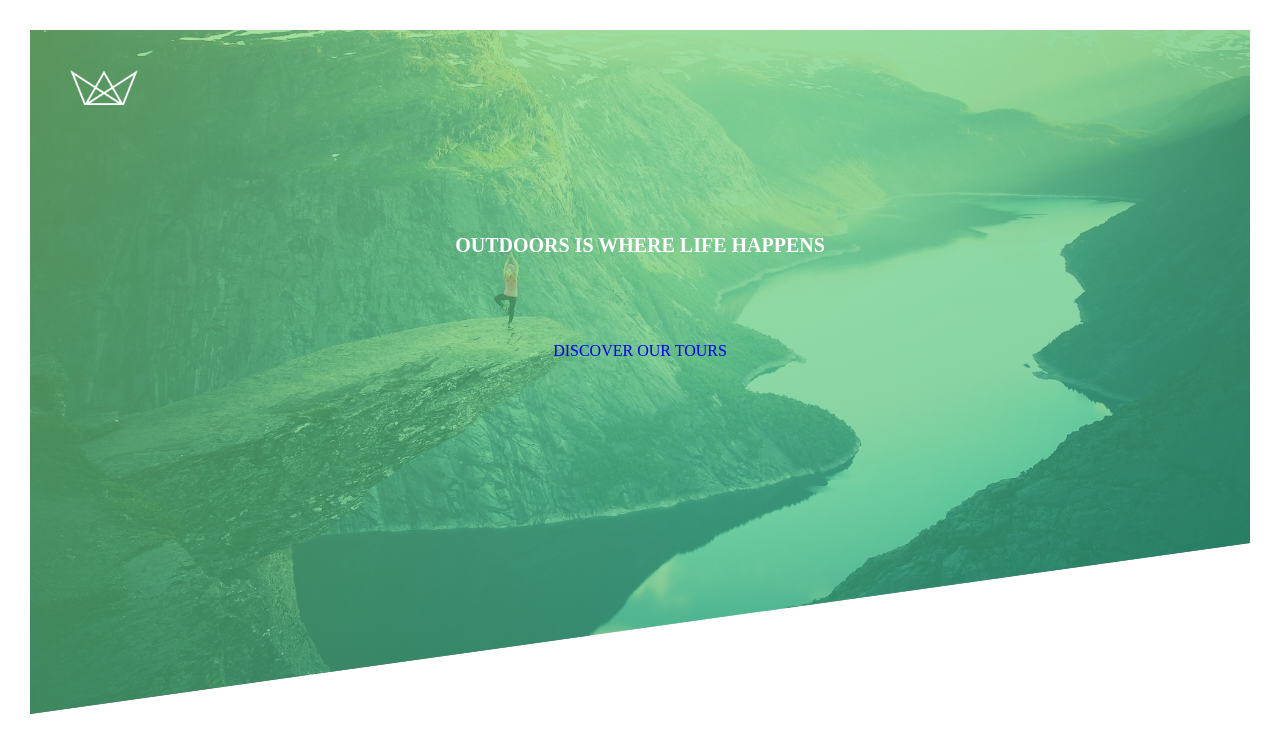
Repository: mohamediyas/cssFloat
Page: index.html
An editor plug-in stored every save of this project. The page is shown before and after the next save, followed by the edit.
The browser window is 1280 px wide. The pictures show the whole page.

Above is the page before, as saved 2022-06-21 13:36:24.

### index.html
<!DOCTYPE html>
<html lang="en">
  <head>
    <meta charset="UTF-8" />
    <meta name="viewport" content="width=device-width, initial-scale=1.0" />

    <link
      href="https://fonts.googleapis.com/css?family=Lato:100,300,400,700,900"
      rel="stylesheet"
    />

    <link rel="stylesheet" href="css/icon-font.css" />
    <link rel="stylesheet" href="css/style.css" />
    <link rel="shortcut icon" type="image/png" href="img/favicon.png" />

    <title>Natours | Exciting tours for adventurous people</title>
  </head>
  <body>
    <!-- header -->
    <header class="header">
      <div class="header__logo-box">
        <img src="img/logo-white.png" alt="logo" class="header__logo" />
      </div>

      <div class="header__text-box">
        <h1 class="heading-primary">
          <span class="heading-primary--main">Outdoors</span>
          <span class="heading-primary--sub">is where life happens</span>
        </h1>

        <a href="#" class="btn btn--white btn--animated">Discover our tours</a>
      </div>
    </header>
  </body>
</html>

### css/icon-font.css
@charset "UTF-8";

@font-face {
  font-family: "linea-basic-10";
  src:url("fonts/linea-basic-10.eot");
  src:url("fonts/linea-basic-10.eot?#iefix") format("embedded-opentype"),
    url("fonts/linea-basic-10.woff") format("woff"),
    url("fonts/linea-basic-10.ttf") format("truetype"),
    url("fonts/linea-basic-10.svg#linea-basic-10") format("svg");
  font-weight: normal;
  font-style: normal;

}

[data-icon]:before {
  font-family: "linea-basic-10" !important;
  content: attr(data-icon);
  font-style: normal !important;
  font-weight: normal !important;
  font-variant: normal !important;
  text-transform: none !important;
  speak: none;
  line-height: 1;
  -webkit-font-smoothing: antialiased;
  -moz-osx-font-smoothing: grayscale;
}

[class^="icon-"]:before,
[class*=" icon-"]:before {
  font-family: "linea-basic-10" !important;
  font-style: normal !important;
  font-weight: normal !important;
  font-variant: normal !important;
  text-transform: none !important;
  speak: none;
  line-height: 1;
  -webkit-font-smoothing: antialiased;
  -moz-osx-font-smoothing: grayscale;
}

.icon-basic-accelerator:before {
  content: "a";
}
.icon-basic-alarm:before {
  content: "b";
}
.icon-basic-anchor:before {
  content: "c";
}
.icon-basic-anticlockwise:before {
  content: "d";
}
.icon-basic-archive:before {
  content: "e";
}
.icon-basic-archive-full:before {
  content: "f";
}
.icon-basic-ban:before {
  content: "g";
}
.icon-basic-battery-charge:before {
  content: "h";
}
.icon-basic-battery-empty:before {
  content: "i";
}
.icon-basic-battery-full:before {
  content: "j";
}
.icon-basic-battery-half:before {
  content: "k";
}
.icon-basic-bolt:before {
  content: "l";
}
.icon-basic-book:before {
  content: "m";
}
.icon-basic-book-pen:before {
  content: "n";
}
.icon-basic-book-pencil:before {
  content: "o";
}
.icon-basic-bookmark:before {
  content: "p";
}
.icon-basic-calculator:before {
  content: "q";
}
.icon-basic-calendar:before {
  content: "r";
}
.icon-basic-cards-diamonds:before {
  content: "s";
}
.icon-basic-cards-hearts:before {
  content: "t";
}
.icon-basic-case:before {
  content: "u";
}
.icon-basic-chronometer:before {
  content: "v";
}
.icon-basic-clessidre:before {
  content: "w";
}
.icon-basic-clock:before {
  content: "x";
}
.icon-basic-clockwise:before {
  content: "y";
}
.icon-basic-cloud:before {
  content: "z";
}
.icon-basic-clubs:before {
  content: "A";
}
.icon-basic-compass:before {
  content: "B";
}
.icon-basic-cup:before {
  content: "C";
}
.icon-basic-diamonds:before {
  content: "D";
}
.icon-basic-display:before {
  content: "E";
}
.icon-basic-download:before {
  content: "F";
}
.icon-basic-exclamation:before {
  content: "G";
}
.icon-basic-eye:before {
  content: "H";
}
.icon-basic-eye-closed:before {
  content: "I";
}
.icon-basic-female:before {
  content: "J";
}
.icon-basic-flag1:before {
  content: "K";
}
.icon-basic-flag2:before {
  content: "L";
}
.icon-basic-floppydisk:before {
  content: "M";
}
.icon-basic-folder:before {
  content: "N";
}
.icon-basic-folder-multiple:before {
  content: "O";
}
.icon-basic-gear:before {
  content: "P";
}
.icon-basic-geolocalize-01:before {
  content: "Q";
}
.icon-basic-geolocalize-05:before {
  content: "R";
}
.icon-basic-globe:before {
  content: "S";
}
.icon-basic-gunsight:before {
  content: "T";
}
.icon-basic-hammer:before {
  content: "U";
}
.icon-basic-headset:before {
  content: "V";
}
.icon-basic-heart:before {
  content: "W";
}
.icon-basic-heart-broken:before {
  content: "X";
}
.icon-basic-helm:before {
  content: "Y";
}
.icon-basic-home:before {
  content: "Z";
}
.icon-basic-info:before {
  content: "0";
}
.icon-basic-ipod:before {
  content: "1";
}
.icon-basic-joypad:before {
  content: "2";
}
.icon-basic-key:before {
  content: "3";
}
.icon-basic-keyboard:before {
  content: "4";
}
.icon-basic-laptop:before {
  content: "5";
}
.icon-basic-life-buoy:before {
  content: "6";
}
.icon-basic-lightbulb:before {
  content: "7";
}
.icon-basic-link:before {
  content: "8";
}
.icon-basic-lock:before {
  content: "9";
}
.icon-basic-lock-open:before {
  content: "!";
}
.icon-basic-magic-mouse:before {
  content: "\"";
}
.icon-basic-magnifier:before {
  content: "#";
}
.icon-basic-magnifier-minus:before {
  content: "$";
}
.icon-basic-magnifier-plus:before {
  content: "%";
}
.icon-basic-mail:before {
  content: "&";
}
.icon-basic-mail-multiple:before {
  content: "'";
}
.icon-basic-mail-open:before {
  content: "(";
}
.icon-basic-mail-open-text:before {
  content: ")";
}
.icon-basic-male:before {
  content: "*";
}
.icon-basic-map:before {
  content: "+";
}
.icon-basic-message:before {
  content: ",";
}
.icon-basic-message-multiple:before {
  content: "-";
}
.icon-basic-message-txt:before {
  content: ".";
}
.icon-basic-mixer2:before {
  content: "/";
}
.icon-basic-mouse:before {
  content: ":";
}
.icon-basic-notebook:before {
  content: ";";
}
.icon-basic-notebook-pen:before {
  content: "<";
}
.icon-basic-notebook-pencil:before {
  content: "=";
}
.icon-basic-paperplane:before {
  content: ">";
}
.icon-basic-pencil-ruler:before {
  content: "?";
}
.icon-basic-pencil-ruler-pen:before {
  content: "@";
}
.icon-basic-photo:before {
  content: "[";
}
.icon-basic-picture:before {
  content: "]";
}
.icon-basic-picture-multiple:before {
  content: "^";
}
.icon-basic-pin1:before {
  content: "_";
}
.icon-basic-pin2:before {
  content: "`";
}
.icon-basic-postcard:before {
  content: "{";
}
.icon-basic-postcard-multiple:before {
  content: "|";
}
.icon-basic-printer:before {
  content: "}";
}
.icon-basic-question:before {
  content: "~";
}
.icon-basic-rss:before {
  content: "\\";
}
.icon-basic-server:before {
  content: "\e000";
}
.icon-basic-server2:before {
  content: "\e001";
}
.icon-basic-server-cloud:before {
  content: "\e002";
}
.icon-basic-server-download:before {
  content: "\e003";
}
.icon-basic-server-upload:before {
  content: "\e004";
}
.icon-basic-settings:before {
  content: "\e005";
}
.icon-basic-share:before {
  content: "\e006";
}
.icon-basic-sheet:before {
  content: "\e007";
}
.icon-basic-sheet-multiple:before {
  content: "\e008";
}
.icon-basic-sheet-pen:before {
  content: "\e009";
}
.icon-basic-sheet-pencil:before {
  content: "\e00a";
}
.icon-basic-sheet-txt:before {
  content: "\e00b";
}
.icon-basic-signs:before {
  content: "\e00c";
}
.icon-basic-smartphone:before {
  content: "\e00d";
}
.icon-basic-spades:before {
  content: "\e00e";
}
.icon-basic-spread:before {
  content: "\e00f";
}
.icon-basic-spread-bookmark:before {
  content: "\e010";
}
.icon-basic-spread-text:before {
  content: "\e011";
}
.icon-basic-spread-text-bookmark:before {
  content: "\e012";
}
.icon-basic-star:before {
  content: "\e013";
}
.icon-basic-tablet:before {
  content: "\e014";
}
.icon-basic-target:before {
  content: "\e015";
}
.icon-basic-todo:before {
  content: "\e016";
}
.icon-basic-todo-pen:before {
  content: "\e017";
}
.icon-basic-todo-pencil:before {
  content: "\e018";
}
.icon-basic-todo-txt:before {
  content: "\e019";
}
.icon-basic-todolist-pen:before {
  content: "\e01a";
}
.icon-basic-todolist-pencil:before {
  content: "\e01b";
}
.icon-basic-trashcan:before {
  content: "\e01c";
}
.icon-basic-trashcan-full:before {
  content: "\e01d";
}
.icon-basic-trashcan-refresh:before {
  content: "\e01e";
}
.icon-basic-trashcan-remove:before {
  content: "\e01f";
}
.icon-basic-upload:before {
  content: "\e020";
}
.icon-basic-usb:before {
  content: "\e021";
}
.icon-basic-video:before {
  content: "\e022";
}
.icon-basic-watch:before {
  content: "\e023";
}
.icon-basic-webpage:before {
  content: "\e024";
}
.icon-basic-webpage-img-txt:before {
  content: "\e025";
}
.icon-basic-webpage-multiple:before {
  content: "\e026";
}
.icon-basic-webpage-txt:before {
  content: "\e027";
}
.icon-basic-world:before {
  content: "\e028";
}

### css/style.css
/*
COLORS:

Light green: #7ed56f
Medium green: #55c57a
Dark green: #28b485

*/

/* universal selector */

*,
*::after,
*::before {
  margin: 0;
  padding: 0;
  box-sizing: inherit;
}

html {
  font-size: 62.5%;
}

body {
  font-family: "Lato" sans-serif;
  font-weight: 400;
  /* font-size: 16px; */
  line-height: 1.7;
  color: #777;
  padding: 3rem;
  box-sizing: border-box;
}

/* header */

.header {
  height: 95vh;
  background-image: linear-gradient(to right bottom, #7ed56fa8, #28b485a2),
    url("../img/hero.jpg");
  background-size: cover;
  background-position: top;
  clip-path: polygon(0 0, 100% 0, 100% 75%, 0 100%);
  position: relative;
}

.header__logo-box {
  position: absolute;
  top: 4rem;
  left: 4rem;
}

.header__logo {
  height: 3.5rem;
}

.header__text-box {
  position: absolute;
  top: 40%;
  left: 50%;
  transform: translate(-50%, -50%);
  text-align: center;
}

.heading-primary {
  color: #fff;
  text-transform: uppercase;
  backface-visibility: hidden;
  margin-bottom: 6rem;
}

.heading-primary-main {
  display: block;
  font-size: 6rem;
  font-weight: 400;
  letter-spacing: 3.5rem;
  animation-name: moveInLeft;
  animation-duration: 2s;

  /*
  animation-delay:3s,
  animation-iteration-count:3

  animation-timing-funtion:ease-out

  */
}

.heading-primary-sub {
  display: block;
  font-size: 2rem;
  font-weight: 400;
  letter-spacing: 1.74rem;
  animation: moveInRight 2s ease-out;
}

@keyframes moveInLeft {
  0% {
    opacity: 0;
    transform: translateX(-10rem);
  }

  80% {
    transform: rotateX(1rem);
  }

  100% {
    opacity: 1;
    transform: rotateX(0);
  }
}

@keyframes moveInRight {
  0% {
    opacity: 0;
    transform: translateX(10rem);
  }

  80% {
    transform: rotateX(-1rem);
  }

  100% {
    opacity: 1;
    transform: rotateX(0);
  }
}

@keyframes moveInButton {
  0% {
    opacity: 0;
    transform: translateY(3rem);
  }

  100% {
    opacity: 1;
    transform: rotate(0);
  }
}

.btn:link,
.btn:visited {
  text-transform: uppercase;
  text-decoration: none;
  padding: 1.5rem 4rem;
  display: inline-block;
  border-radius: 10rem;
  transition: all 0.2s;
  position: relative;
  font-size: 1.6rem;
}

.btn:hover {
  transform: translateY(-3px);
  box-shadow: 0 10px 20px rgba(0, 0, 0, 0.2);
}

.btn:active {
  transform: translateY(-1px);
  box-shadow: 0 5px 10px rgba(0, 0, 0, 0.2);
}

.btn-white {
  background-color: #fff;
  color: #777;
}

.btn::after {
  content: "";
  display: inline-block;
  height: 100%;
  width: 100%;
  border-radius: 10rem;
  position: absolute;
  top: 0;
  left: 0;
  z-index: -1;
  transition: all 0.4s;
}

.btn-white::after {
  background-color: #fff;
}

.btn:hover::after {
  transform: scale(1.5);
  opacity: 0;
}

.btn-animated {
  animation: moveInButton 0.5s ease-out 0.7s;
  animation-fill-mode: backwards;
}

After the next save:
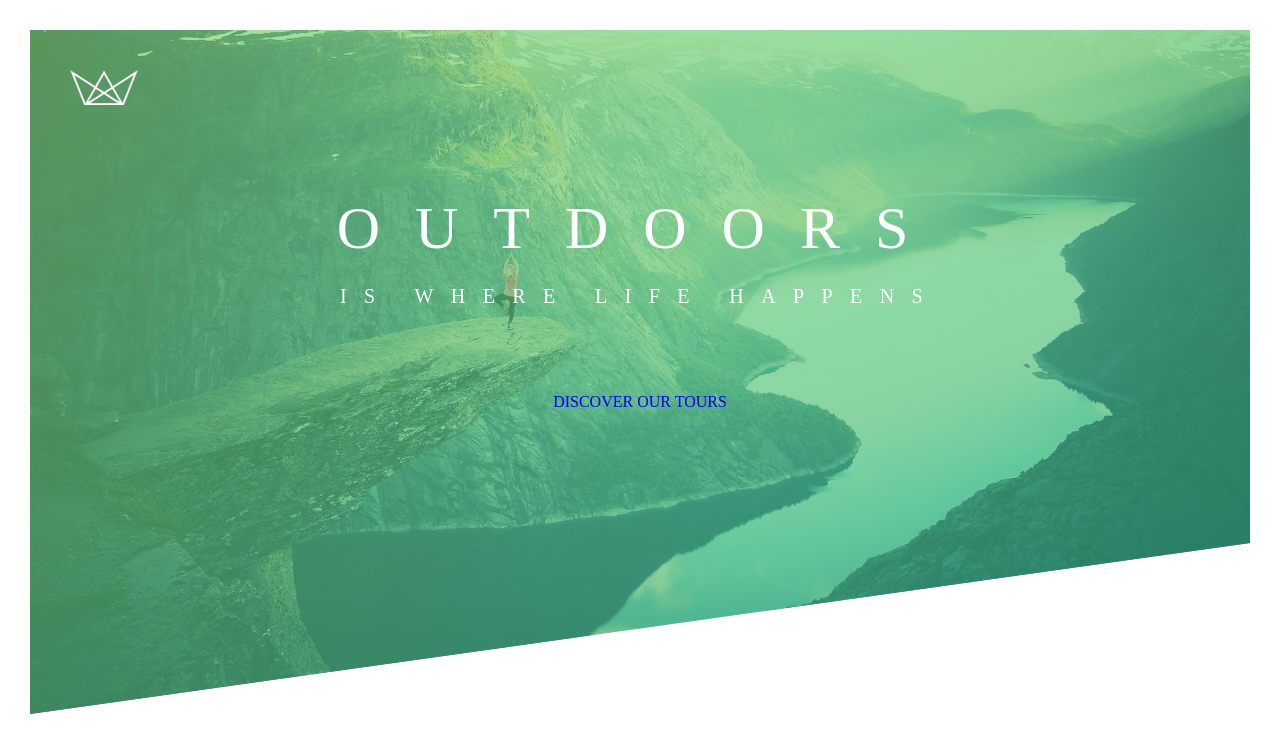
Saved 48 s later.
--- a/css/style.css
+++ b/css/style.css
@@ -68,7 +68,7 @@ body {
   margin-bottom: 6rem;
 }
 
-.heading-primary-main {
+.heading-primary--main {
   display: block;
   font-size: 6rem;
   font-weight: 400;
@@ -85,7 +85,7 @@ body {
   */
 }
 
-.heading-primary-sub {
+.heading-primary--sub {
   display: block;
   font-size: 2rem;
   font-weight: 400;
